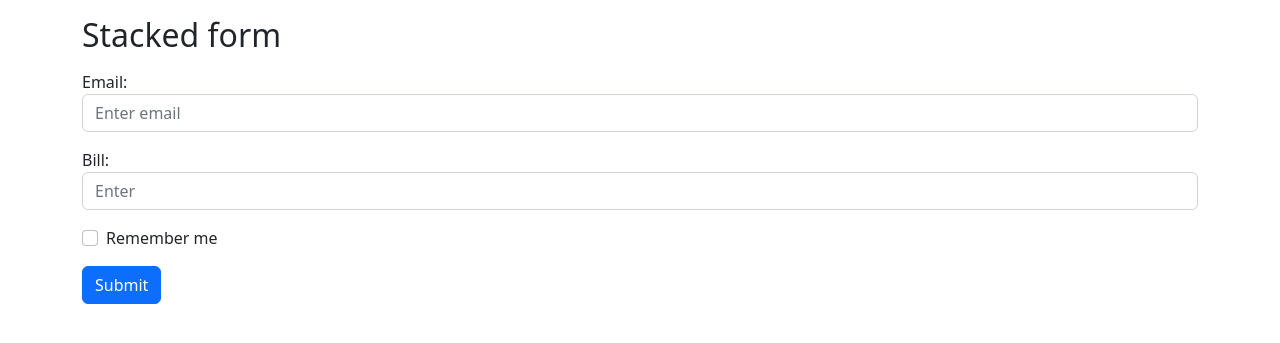
Repository: letantai3001180588/shoppingBE
Page: index.html
The author's editor kept a copy of each file at every save. The page is drawn from the files as they stood at one save, then again after the next save.
The browser window is 1280 px wide. The pictures show the whole page.

Above is the page before, as saved 2023-03-05 19:39:39.

After the next save:
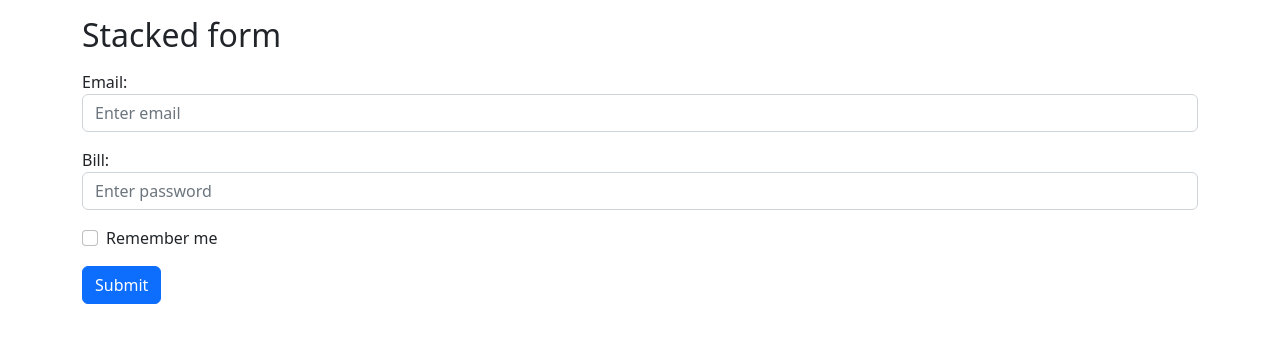
Saved 25 s later.
--- a/index.html
+++ b/index.html
@@ -14,11 +14,11 @@
     <form method="post" action="/detailBill/create">
         <div class="mb-3 mt-3">
             <label for="email">Email:</label>
-            <input type="text" class="form-control" id="email" placeholder="Enter email" >
+            <input type="text" class="form-control" id="email" placeholder="Enter email" name="id_product">
         </div>
         <div class="mb-3">
             <label for="pwd">Bill:</label>
-            <input type="text" class="form-control" id="pwd" placeholder="Enter ">
+            <input type="text" class="form-control" id="pwd" placeholder="Enter password" name="id_bill">
         </div>
         <!-- <div class="mb-3">
             <label for="pwd">quantity:</label>
